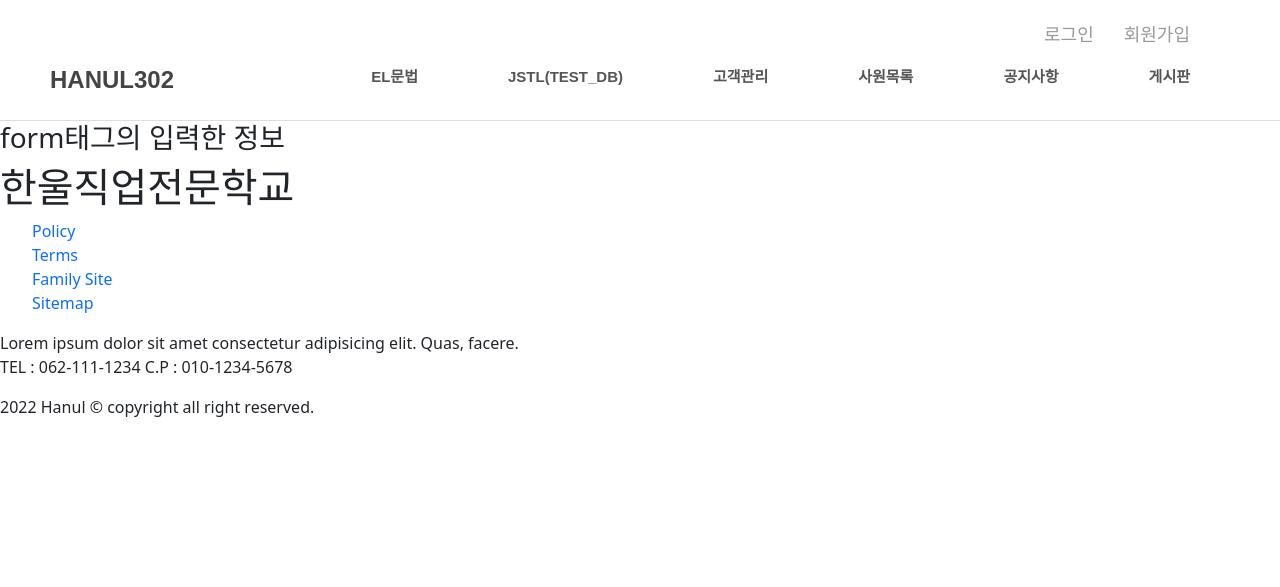
Repository: Xeyeong/servlet
Page: http://localhost/05.MiniProject/el/form_info.jsp
These files come from the project's save history. The page is drawn as it stood at one moment and after a run of saves; the edit follows.
The browser window is 1280 px wide. The pictures show the whole page.
Some web libraries are served in a nearby version. The page is served by Tomcat 9.

Above is the page before, as saved 2022-09-20 01:29:00.

After the next 2 saves:
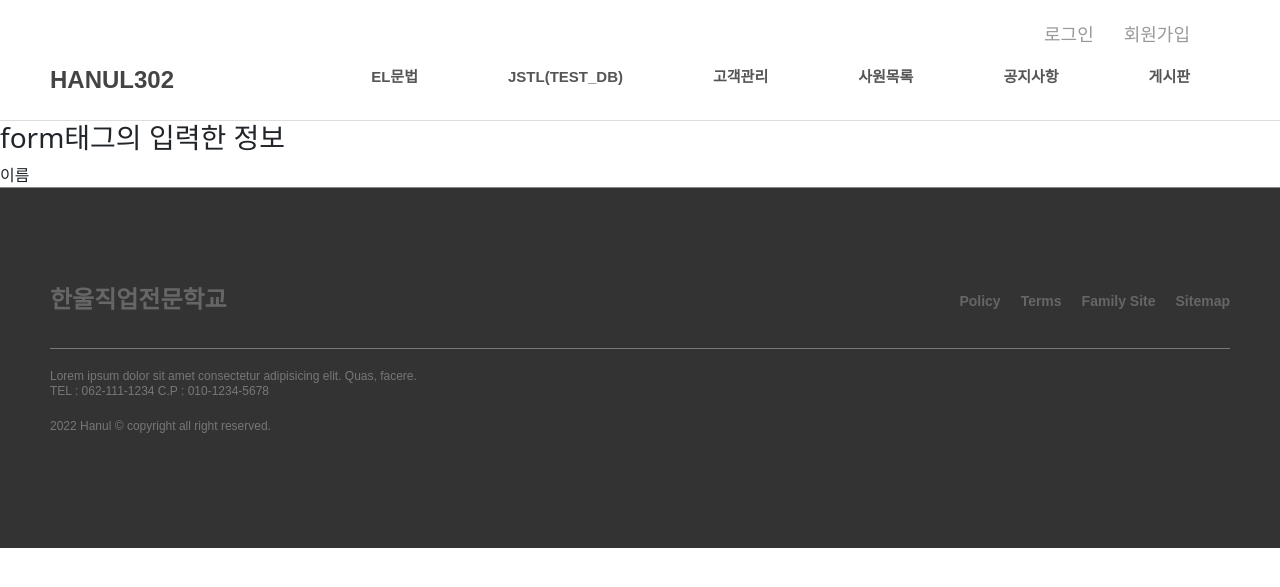
The 2 saves are shown as one change because they came seconds apart.
The last was saved 21 s later.
--- a/05.MiniProject/src/main/webapp/el/form_info.jsp
+++ b/05.MiniProject/src/main/webapp/el/form_info.jsp
@@ -11,7 +11,7 @@
 	<h3>form태그의 입력한 정보</h3>
 <table class="styled-table>
 		<tr>
-			<th>이름</th>
+			<th class="w-px1400">이름</th>
 			<td></td>
 		</tr>
 		<tr><th></th>
